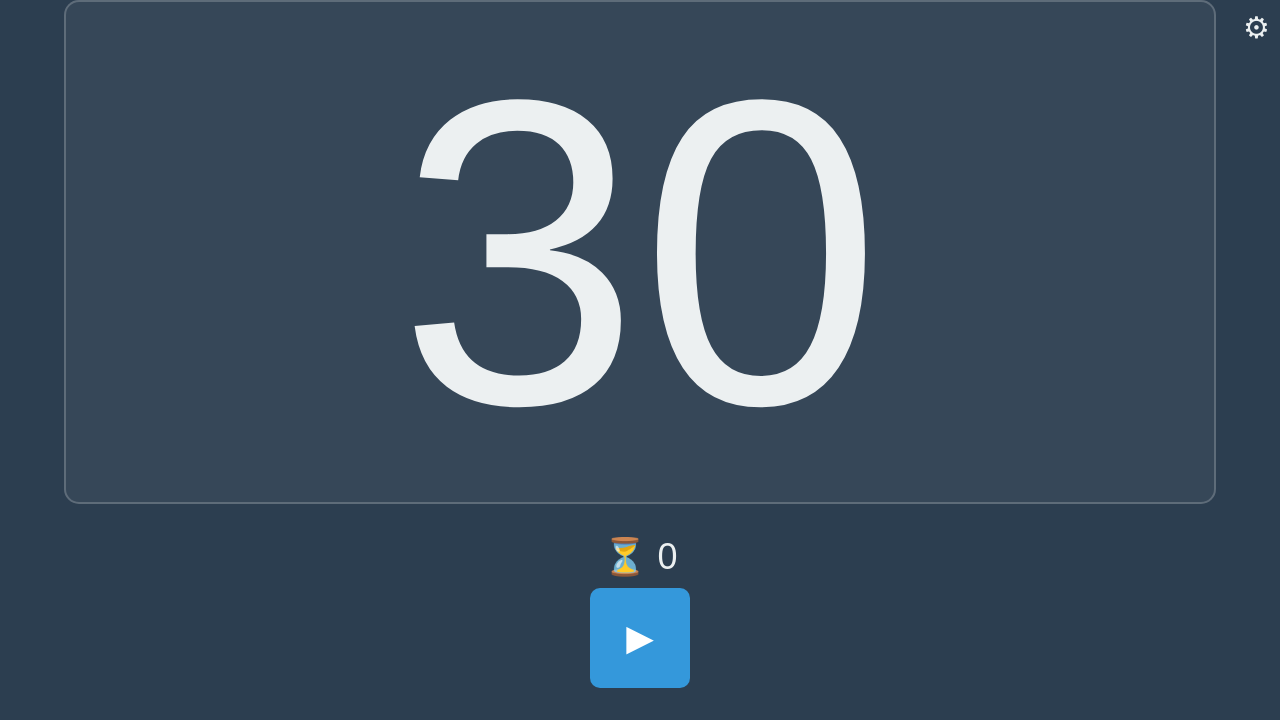
Repository: STnaidoo/poker-shot-clock
Page: index.html
The author's editor kept a copy of each file at every save. The page is drawn from the files as they stood at one save, then again after the next save.
The browser window is 1280 px wide. The pictures show the whole page.

Above is the page before, as saved 2024-10-31 17:43:37.

After the next save:
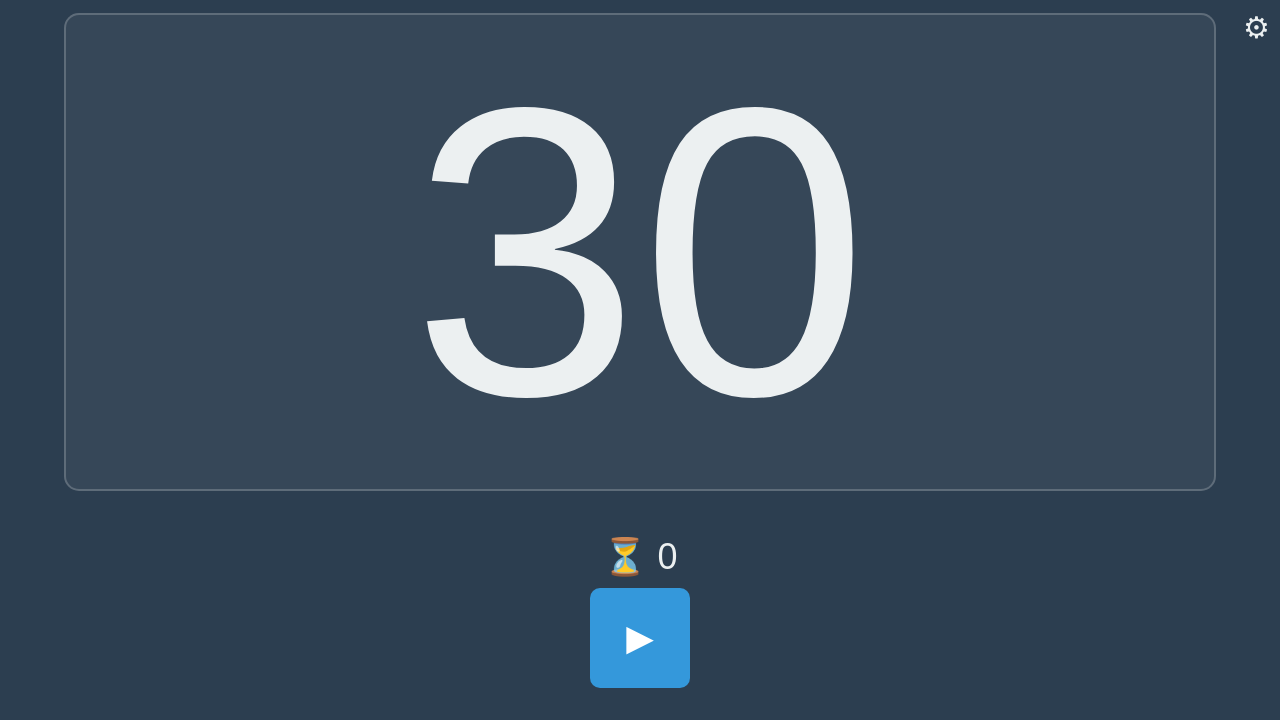
Saved 21 s later.
--- a/index.html
+++ b/index.html
@@ -43,7 +43,7 @@
             background-color: rgba(255, 255, 255, 0.05);
             transition: border-color 0.3s, background-color 0.3s;
             width: 90%;
-            height: 100%; /* Fill the height of mainContent */
+            height: 95%; /* Fill the height of mainContent */
             box-sizing: border-box;
             display: flex;
             align-items: center;
